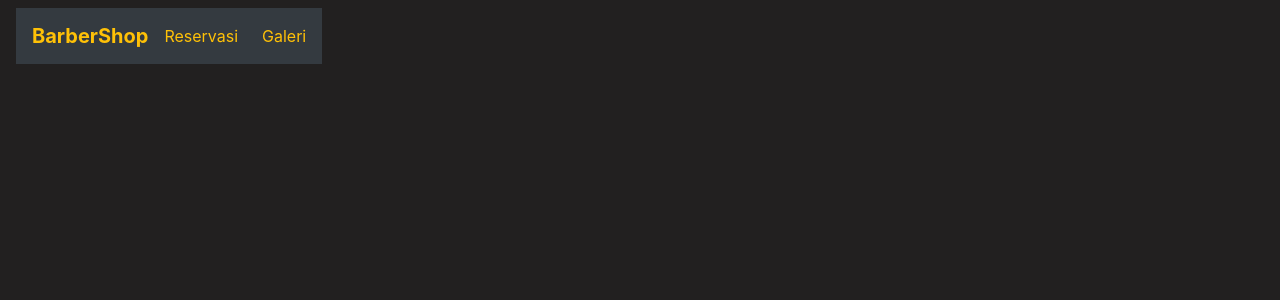
Repository: AHSANS354/Barberhop
Page: /
The author's editor kept a copy of each file at every save. The page is drawn from the files as they stood at one save, then again after the next save.
The browser window is 1280 px wide. The pictures show the whole page.
The project was rebuilt for these pictures with package versions that can differ from the ones it lists, and the page was loaded fresh each time. Also part of the build but not shown: vue.config.js.

Above is the page before, as saved 2023-05-01 19:58:52.

After the next save:
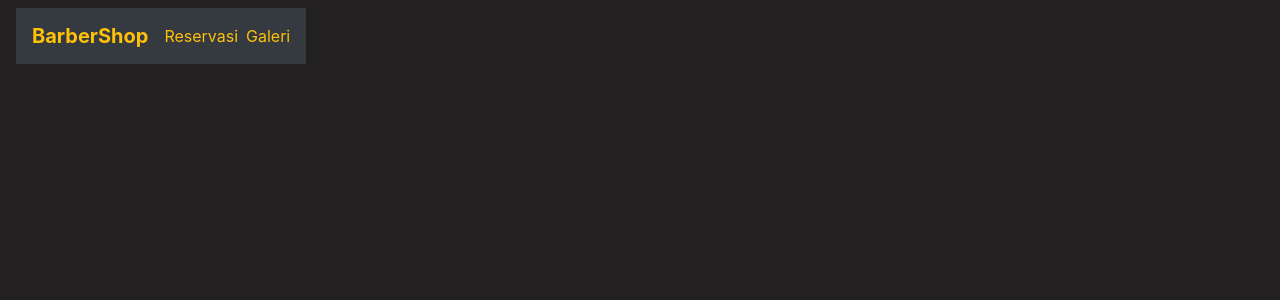
Saved 16 s later.
--- a/src/components/NavbarView.vue
+++ b/src/components/NavbarView.vue
@@ -10,7 +10,7 @@
       <b-collapse id="nav-collapse" is-nav>
         <!-- Right aligned nav items -->
         <b-navbar-nav class="ml-auto">
-          <router-link class="nav-item text-warning mr-4" to="/reservasi">
+          <router-link class="nav-item text-warning mr-2" to="/reservasi">
             Reservasi
           </router-link>
           <router-link class="nav-item text-warning" to="/">
